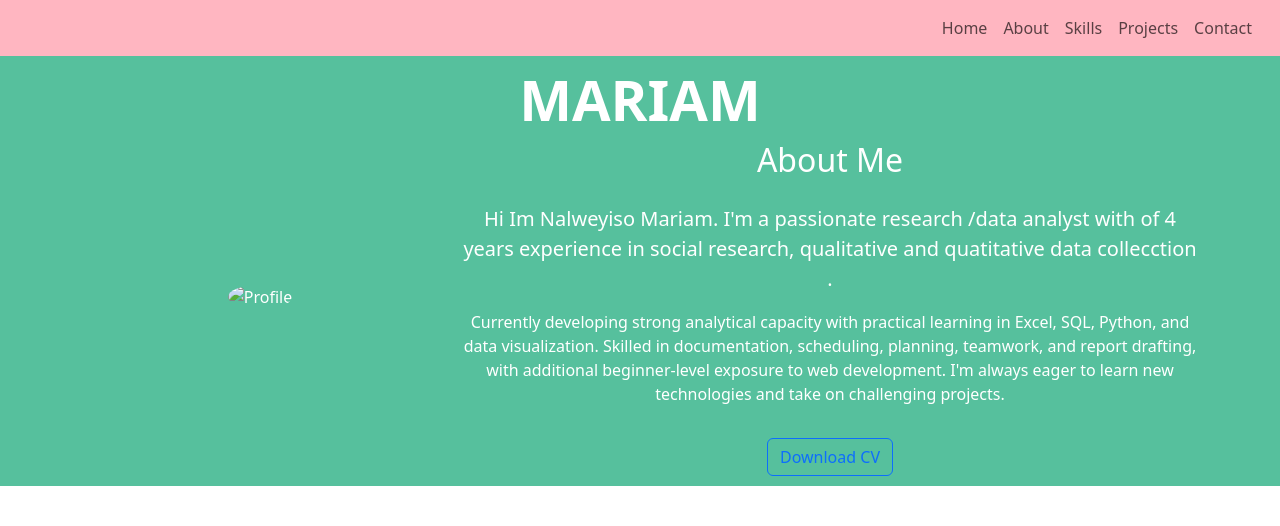
Repository: NalweMari/My-Personal-Portfolio
Page: index.html
The author's editor kept a copy of each file at every save. The page is drawn from the files as they stood at one save, then again after the next save.
The browser window is 1280 px wide. The pictures show the whole page.

Above is the page before, as saved 2025-11-27 19:26:14.
Console error (its wording comes from the project's code and is left out).

After the next save:
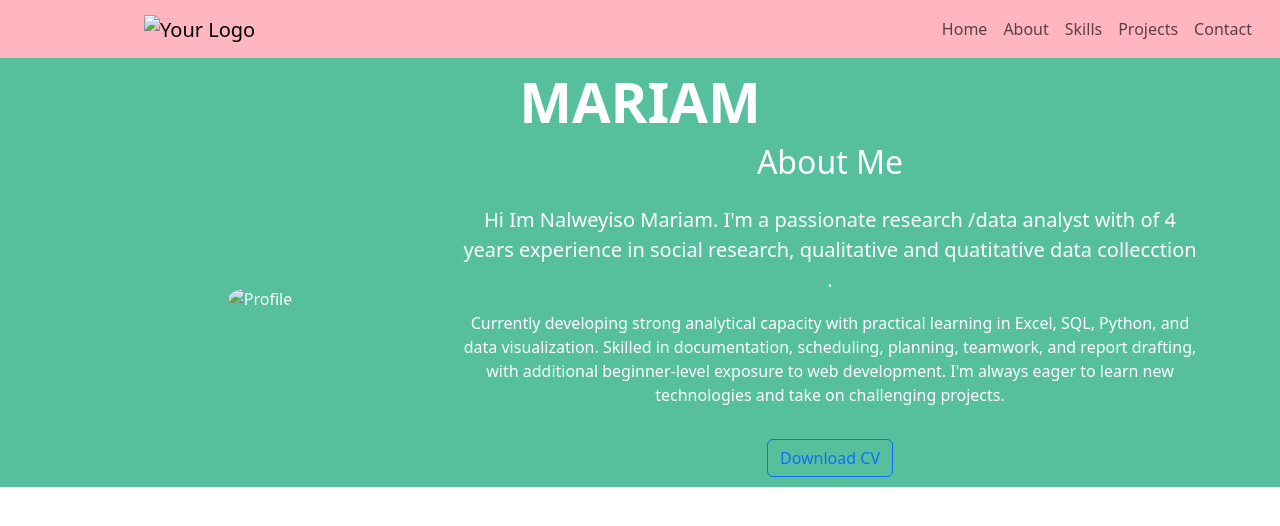
Not found: path/to/your-logo.png
Saved 6 s later.
--- a/index.html
+++ b/index.html
@@ -18,7 +18,7 @@
 
     <nav class="navbar navbar-expand-lg navbar-light bg-custom">
         <div class="container me-2">
-            <a class="navbar-brand" href="#"></a> <button class="navbar-toggler" type="button" data- 6
+            <a class="navbar-brand" href="#"><img src="path/to/your-logo.png" alt="Your Logo" height="40"></a> <button class="navbar-toggler" type="button" data- 6
                 toggle="collapse" data-target="#navbarNav" aria-controls="navbarNav" aria-expanded="false"
                 aria-label="Toggle navigation"> <span class="navbar-toggler-icon"></span> </button>
             <div class="collapse navbar-collapse" id="navbarNav">
